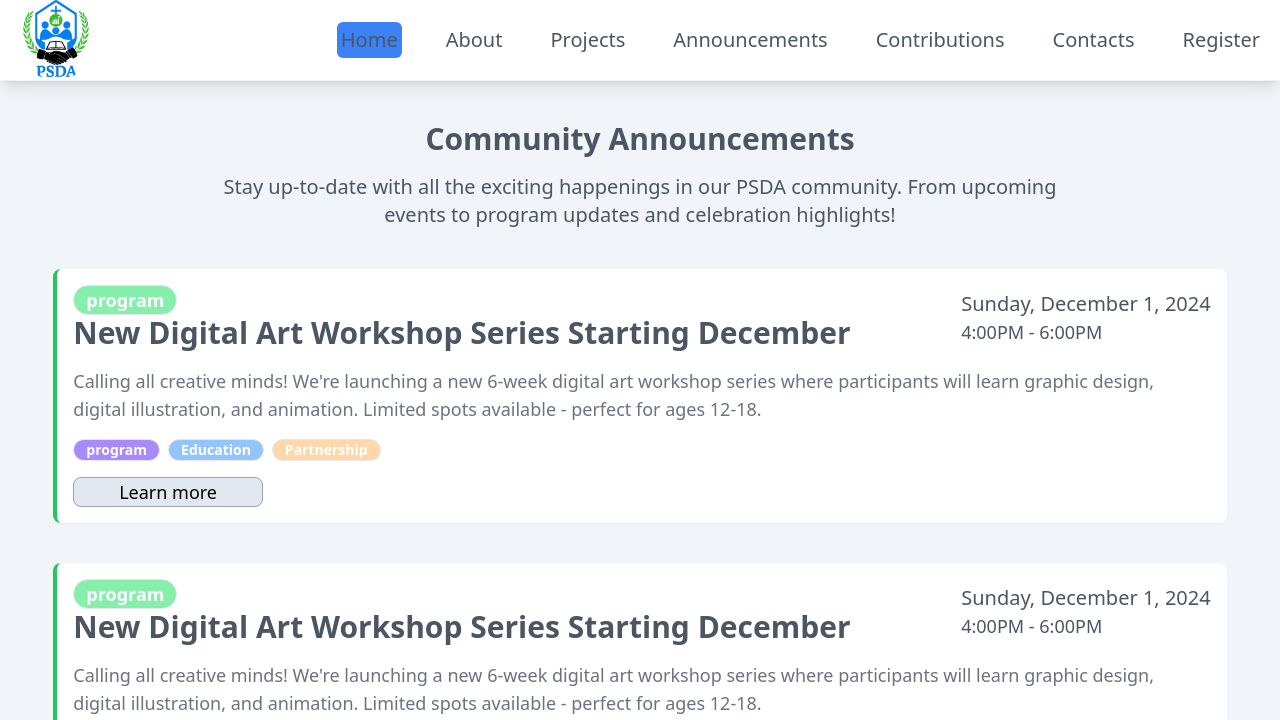
Repository: Zedestar/psda
Page: /announcements
These files come from the project's save history. The page is drawn as it stood at one moment and after the next save; the edit follows.
The browser window is 1280 px wide. The pictures show the whole page.
An inner scrolling area shows only its first screen. The project was rebuilt for these pictures with package versions that can differ from the ones it lists, and the page was loaded fresh each time. Also part of the build but not shown: src/components/cards/primary-card.jsx, src/components/cards/two-lines-card.jsx, src/components/homepic/index.jsx, src/pages/home/what-we-do.js, src/pages/home/what_makes_psda_special_data.js, src/components/gridOrganizerContainer/index.jsx, src/pages/home/make_difference_data.js, src/pages/home/home.jsx and 35 more.

Above is the page before, as saved 2025-08-09 15:23:03.

### public/index.html
<!DOCTYPE html>
<html lang="en">
  <head>
    <meta charset="utf-8" />
    <link rel="icon" href="%PUBLIC_URL%/favicon.ico" />
    <meta name="viewport" content="width=device-width, initial-scale=1" />
    <meta name="theme-color" content="#000000" />
    <meta
      name="description"
      content="Web site created using create-react-app"
    />
    <!-- <link rel="apple-touch-icon" href="%PUBLIC_URL%/psdaImage.png" /> -->
    <!-- <link rel="manifest" href="%PUBLIC_URL%/manifest.json" /> -->

    <title>psda</title>
  </head>
  <body>
    <noscript>You need to enable JavaScript to run this app.</noscript>
    <div id="root"></div>

  </body>
</html>

### src/index.js
import React from "react";
import ReactDOM from "react-dom/client";
import App from "./App";
import "./index.css";
import { BrowserRouter } from "react-router-dom";
import GlobalState from "./context";

const root = ReactDOM.createRoot(document.getElementById("root"));
root.render(
  <BrowserRouter>
    <React.StrictMode>
      <GlobalState>
        <App />
      </GlobalState>
    </React.StrictMode>
  </BrowserRouter>
);

### src/App.js
import { Route, Routes } from "react-router-dom";
import Header from "./components/header/header";
import Home from "./pages/home/home";
import AboutPage from "./pages/about/about";
import Projects from "./pages/projects/projects";
import Announcements from "./pages/announcements/announcements";
import Contributions from "./pages/contirbutions/contributions";
import Contacts from "./pages/contacts/contacts";
import Register from "./pages/register/register.jsx";

function App() {
  return (
    <div className="flex flex-col items-center flex-center h-screen  bg-slate-100">
      <Header />
      <Routes>
        <Route path="/" element={<Home />} />
        <Route path="/about" element={<AboutPage />} />
        <Route path="/projects" element={<Projects />} />
        <Route path="/announcements" element={<Announcements />} />
        <Route path="/contributions" element={<Contributions />} />
        <Route path="/contact" element={<Contacts />} />
        <Route path="/register" element={<Register />} />
      </Routes>
    </div>
  );
}

export default App;

### src/context/index.jsx
import { createContext, useEffect, useState } from "react";

export const GlobalContext = createContext(null);

function GlobalState({ children }) {
  const [subHeader, setSubHeader] = useState(false);

  const [active, setActive] = useState(() => {
    const activeTab = localStorage.getItem("activeTab");
    return activeTab ? JSON.parse(activeTab) : 1;
  });

  useEffect(() => {
    localStorage.setItem("activeTab", active);
  }, [active]);
  return (
    <GlobalContext.Provider
      value={{
        subHeader,
        setSubHeader,
        active,
        setActive,
      }}
    >
      {children}
    </GlobalContext.Provider>
  );
}

export default GlobalState;

### src/components/header/header.jsx
import { useContext } from "react";
import headerData from "./header-data";
import HeaderItem from "./header-item";
import psdaImage from "../../assets/images/psdaImage.png";
import { GlobalContext } from "../../context";
import { FaBars, FaTimes } from "react-icons/fa";

function Header() {
  const { active, setActive, subHeader, setSubHeader } =
    useContext(GlobalContext);
  return (
    <div className="w-full shadow-lg bg-white">
      <div className="w-full flex justify-center">
        <header className="w-full flex items-center justify-between px-4  border-b border-b-gray-100 max-w-screen-2xl">
          <div className="text-3xl rounded-full overflow-hidden">
            <img className="h-20 w-20" src={psdaImage} alt="" />
          </div>{" "}
          <ul className="hidden lg:flex justify-center py-5 space-x-10 flex-center">
            {headerData.map((item) => (
              <HeaderItem
                key={item.id}
                item={item}
                active={active}
                setActive={setActive}
              />
            ))}
          </ul>
          <div
            onClick={() => setSubHeader(!subHeader)}
            className="lg:hidden cursor-pointer hover:bg-blue-600 text-gray-600 hover:text-white transition-all duration-300 p-2 rounded-md "
          >
            {subHeader ? <FaTimes /> : <FaBars />}
          </div>
        </header>
      </div>
      {subHeader && (
        <ul className="lg:hidden flex flex-col items-center justify-center my-2 px-4 space-y-1">
          {headerData.map((item) => (
            <HeaderItem
              key={item.id}
              item={item}
              active={active}
              setActive={setActive}
            />
          ))}
        </ul>
      )}
    </div>
  );
}

export default Header;

### src/pages/announcements/announcements.jsx
import Container from "../../components/container";
import MinContainer from "../../components/min-container/min-container.jsx";
import MinContianerInsideContent from "../../components/min-container/min-container-inside-content.jsx";
import announcements_face_card_data from "./announcemntes.-face-card-data.js";
import stay_updated_content_data from "./stay-updated-content-data.js";
import FaceCard from "../../components/cards/face-card";
import FullRoundedButton from "../../components/button/full-rounded-button.jsx";
import AnnouncementCard from "../../components/cards/announcement-card.jsx";
import Footer from "../../components/footer/footer.jsx";

function Announcements() {
  return (
    <Container>
      {announcements_face_card_data.map((item) => (
        <FaceCard item={item} />
      ))}
      <AnnouncementCard />
      <AnnouncementCard />
      <AnnouncementCard />
      <AnnouncementCard />
      <MinContainer>
        {stay_updated_content_data.map((item) => (
          <FaceCard item={item} />
        ))}
        <MinContianerInsideContent>
          <form className="flex">
            <input
              className="rounded-full border-2 border-gray-400 text-xl flex items-center justify-center active:border-blue-400 "
              placeholder="Enter your email"
            />
            <FullRoundedButton text={"Subscribe"} />
          </form>
        </MinContianerInsideContent>
      </MinContainer>
      <Footer />
    </Container>
  );
}

export default Announcements;

### src/components/header/header-data.js
const headerData = [
  {
    id: 1,
    content: "Home",
    link: "/",
  },
  {
    id: 2,
    content: "About",
    link: "/about",
  },
  {
    id: 3,
    content: "Projects",
    link: "/projects",
  },
  {
    id: 4,
    content: "Announcements",
    link: "/announcements",
  },
  {
    id: 5,
    content: "Contributions",
    link: "/contributions",
  },
  {
    id: 6,
    content: "Contacts",
    link: "/contact",
  },
  {
    id: 7,
    content: "Register",
    link: "/register",
  },
];

export default headerData;

### src/components/header/header-item.jsx
import { Link } from "react-router-dom";
import { GlobalContext } from "../../context";
import { useContext } from "react";

function HeaderItem({ item, active, setActive }) {
  const { setSubHeader } = useContext(GlobalContext);
  return (
    <li
      className={`p-1 rounded-md text-xl text-gray-600 font-gray-100 hover:bg-gray-200 transition cursor-pointer w-full ${
        item.id === active ? "bg-blue-500" : ""
      }`}
      onClick={() => {
        setActive(item.id);
        setSubHeader(false);
      }}
    >
      <Link to={item.link}>{item.content}</Link>
    </li>
  );
}

export default HeaderItem;

### src/pages/home/psda-highlights.js
import {
  FaUsers,
  FaPalette,
  FaLaptopCode,
  //   GiProgression,
  FaChild,
} from "react-icons/fa";

const psdaHighlights = [
  {
    id: 1,
    title: "Community Building",
    content:
      "We connect young people to form lasting friendships and supportive peer networks that strengthen communities.",
    icon: <FaUsers className="text-4xl text-blue-400" />,
    color: "bg-blue-50",
    text_color: "text-gray-500",
  },
  {
    id: 2,
    title: "Creative Projects",
    content:
      "Our programs encourage hands-on learning through art, technology, and community improvement initiatives.",
    icon: <FaPalette className="text-4xl text-blue-400" />,
    color: "bg-blue-50",
    text_color: "text-gray-500",
  },
  {
    id: 3,
    title: "Character Development",
    content:
      "We help children build confidence, leadership skills, and positive values that prepare them for life’s challenges.",
    icon: <FaLaptopCode className="text-4xl text-blue-400" />,
    color: "bg-blue-50",
    text_color: "text-gray-500",
  },
  {
    id: 4,
    title: "Achievement Recognition",
    content:
      "We celebrate every milestone and accomplishment to inspire pride, motivation, and continued growth.",
    icon: <FaChild className="text-4xl text-blue-400" />,
    color: "bg-blue-50",
    text_color: "text-gray-500",
  },
];

export default psdaHighlights;

### src/components/button/full-rounded-button.jsx
function FullRoundedButton({ text, bgColor, textColor, onClick }) {
  return (
    <button
      className={`${bgColor} py-1 px-2 mx-4 ${textColor} text-sm md:text-md lg:text-xl border border-gray-50 rounded-full hover:scale-105 transition duration:300`}
      onClick={onClick}
    >
      {text}{" "}
    </button>
  );
}

export default FullRoundedButton;

### src/components/cards/face-card.jsx
function FaceCard({ item }) {
  return (
    <div className="space-y-4 flex flex-col items-center justify-center">
      <p className="text-xl lg:text-3xl w-[80%] font-bold text-gray-600 text-center">
        {item.title}
      </p>
      <p className="text-md lg:text-xl w-full md:w-[70%] text-center text-gray-600">
        {item.description}
      </p>
    </div>
  );
}

export default FaceCard;

### src/components/footer/footer.jsx
import followUsData from "./followUsData";
import contactInfoData from "./contactUsData";
import headerData from "../header/header-data";
import { GlobalContext } from "../../context";
import { Link } from "react-router-dom";
import { useContext } from "react";

function Footer() {
  const { setActive } = useContext(GlobalContext);
  return (
    <div className="w-full flex flex-col text-md md:text-lg text-gray-600 space-y-4 py-2 px-6 border-t-2">
      <div className="grid xs:grid-cols-1  sm:grid-cols-2 md:grid-cols-4 my-3 gap-4">
        <div>
          <p className="font-bold">PSDA</p>
          <p>
            Empowering children and youth to create positive change in their
            communities through education, collaboration, and meaningful
            projects
          </p>
        </div>
        <div>
          <p className="font-bold">Quick Link</p>
          <ul className="space-y-1">
            {headerData.map((item) => (
              <li key={item.id} className="hover:underline">
                <Link to={item.link} onClick={() => setActive(item.id)}>
                  {item.content}
                </Link>
              </li>
            ))}
          </ul>
        </div>
        <div>
          <p className="font-bold">Contact</p>
          <ul className="space-y-1">
            {contactInfoData.map((item) => (
              <li key={item.id} className="flex items-center space-x-2">
                {item.icon}
                <a href={item.link} target="_blank" rel="noopener noreferrer">
                  {item.label}
                </a>
              </li>
            ))}
          </ul>
        </div>
        <div>
          <p className="font-bold">Follow us</p>
          <ul className="space-y-1">
            {followUsData.map((item) => (
              <li key={item.id} className="flex items-center space-x-2">
                {item.IconBase}
                <a href={item.link} target="_blank" rel="noopener noreferrer">
                  {item.name}
                </a>
              </li>
            ))}
          </ul>
        </div>
      </div>
      <hr className="bg-blue-500"></hr>
      <div className="flex justify-between items-center">
        <div> PSDA Community. All rights reserved</div>
        <div>Privacy policy Term of service</div>
      </div>
    </div>
  );
}

export default Footer;

### src/components/container/index.jsx
function Container({ children }) {
  return (
    <div className="w-full h-full flex justify-center overflow-x-scroll">
      <div className="w-full h-full py-10 space-y-10 max-w-screen-2xl flex flex-col items-center">
        {children}
      </div>
    </div>
  );
}

export default Container;

### src/pages/about/core-objective-goals-data.js
import {
  AiOutlineTeam,
  AiOutlineBulb,
  AiOutlineTool,
  AiOutlineStar,
  AiOutlineGift,
} from "react-icons/ai";

const core_objectives_data = [
  {
    id: 1,
    title: "Fellowship and Networking",
    content:
      "To foster strong, lasting relationships among pastors' children by encouraging unity, love, and mutual support within the community.",
    icon: <AiOutlineTeam className="text-3xl text-teal-500" />,
    color: "bg-teal-50",
    text_color: "text-teal-500",
  },
  {
    id: 2,
    title: "Opportunity Awareness",
    content:
      "To actively seek out and share opportunities for growth, development, and advancement—both spiritually and economically.",
    icon: <AiOutlineBulb className="text-3xl text-purple-500" />,
    color: "bg-purple-50",
    text_color: "text-purple-500",
  },
  {
    id: 3,
    title: "Problem Solving",
    content:
      "To openly discuss and confront common challenges we face as a community, and work hand in hand to find sustainable solutions.",
    icon: <AiOutlineTool className="text-3xl text-yellow-500" />,
    color: "bg-yellow-50",
    text_color: "text-yellow-500",
  },
  {
    id: 4,
    title: "Talent Discovery & Development",
    content:
      "To identify, nurture, and empower the God-given talents within us, enabling every member to reach their full potential.",
    icon: <AiOutlineStar className="text-3xl text-pink-500" />,
    color: "bg-pink-50",
    text_color: "text-pink-500",
  },
  {
    id: 5,
    title: "Support for Our Parents",
    content:
      "To express gratitude and honor our pastoral parents by supporting them in practical ways—spiritually, emotionally, and materially.",
    icon: <AiOutlineGift className="text-3xl text-red-500" />,
    color: "bg-red-50",
    text_color: "text-red-500",
  },
];

export default core_objectives_data;

### src/pages/about/mission-vission-impact.js
import { AiOutlineAim, AiOutlineEye, AiOutlineHeart } from "react-icons/ai";

const mission_vission_impact_data = [
  {
    id: 1,
    title: "Our mission",
    content:
      "We envision a generation of spiritually grounded, socially responsible, and purpose-driven leaders from pastoral families who carry forward a legacy of faith, compassion, and community influence.",

    icon: <AiOutlineAim className="text-3xl text-green-500" />,
    color: "bg-green-50",
    text_color: "text-green-500",
  },
  {
    id: 2,
    title: "Our vision",
    content:
      "We exist to empower pastors’ children through mentorship, discipleship, skill-building, and fellowship—equipping them to thrive in every area of life and fulfill their divine calling.",
    icon: <AiOutlineEye className="text-3xl text-blue-500" />,
    color: "bg-blue-50",
    text_color: "text-blue-500",
  },
  {
    id: 3,
    title: "Our impact",
    content:
      "Through impactful programs and community-building initiatives, P.S.D.A. is restoring identity, building leadership, and inspiring pastors’ children to walk boldly in purpose while honoring their heritage.",
    icon: <AiOutlineHeart className="text-3xl text-orange-400" />,
    color: "bg-orange-50",
    text_color: "text-orange-500",
  },
];

export default mission_vission_impact_data;

### src/components/min-container/min-container.jsx
function MinContaier({ children }) {
  return (
    <div className="bg-slate-200 py-8 rounded-lg space-y-4 hover:shadow-xl border border-gray-300 transition">
      {children}
    </div>
  );
}

export default MinContaier;

### src/components/min-container/min-container-inside-content.jsx
function MinContianerInsideContent({ children }) {
  return (
    <div className="flex items-center justify-center my-2">{children}</div>
  );
}

export default MinContianerInsideContent;

### src/pages/announcements/announcemntes.-face-card-data.js
const announcements_face_card_data = [
  {
    title: "Community Announcements",
    description:
      "Stay up-to-date with all the exciting happenings in our PSDA community. From upcoming events to program updates and celebration highlights!",
  },
];

export default announcements_face_card_data;

### src/pages/announcements/stay-updated-content-data.js
const stay_updated_content_data = [
  {
    title: "Stay in the Loop!",
    description:
      "Never miss an important announcement. Subscribe to our newsletter for weekly updates and exclusive community insights delivered right to your inbox.",
  },
];

export default stay_updated_content_data;

### src/components/cards/announcement-card.jsx
function AnnouncementCard() {
  const instensity = [100, 200, 50, 500, 300, 400, 600, 700, 800, 900];
  const colors = ["rose", "green", "blue", "orange", "violent"];

  return (
    <div className="flex flex-col bg-white border-l-4 border-green-500 mx-4 p-4 rounded-lg shadow-sm hover:shadow-lg hover:scale-105 transition w-11/12 space-y-4">
      <div className="flex items-center justify-between space-x-2  ">
        <div>
          <p className="bg-green-300 text-lg font-semibold border border-gray-200 px-3 w-fit flex items-center justify-center rounded-full text-white">
            program
          </p>
          <p className="text-3xl font-bold text-gray-600">
            New Digital Art Workshop Series Starting December
          </p>
        </div>
        <div>
          <p className="text-xl text-gray-600">Sunday, December 1, 2024</p>
          <p className="text-lg text-gray-600">4:00PM - 6:00PM</p>
        </div>
      </div>
      <div>
        <p className="text-lg text-gray-500">
          Calling all creative minds! We're launching a new 6-week digital art
          workshop series where participants will learn graphic design, digital
          illustration, and animation. Limited spots available - perfect for
          ages 12-18.
        </p>
      </div>
      <div className="flex space-x-2 text-sm">
        <p
          className={`bg-violet-400 font-semibold border border-gray-200 px-3  flex items-center justify-center rounded-full text-white`}
        >
          program
        </p>
        <p className="bg-blue-300 font-semibold border border-gray-200 px-3 flex items-center justify-center rounded-full text-white">
          Education
        </p>
        <p className="bg-orange-200 font-semibold border border-gray-200 px-3 flex items-center justify-center rounded-full text-white">
          Partnership
        </p>
      </div>
      <button className="w-2/12  rounded-lg text-lg hover:text-gray-100 bg-slate-200 hover:bg-blue-400 transition border border-gray-400">
        Learn more{" "}
      </button>
    </div>
  );
}

export default AnnouncementCard;

### src/pages/contirbutions/other_way_to_support_us_card_data.js
import {
  AiOutlineTeam,
  AiOutlineHeart,
  AiOutlineApartment,
} from "react-icons/ai";

const other_way_to_support_us_card_data = [
  {
    id: 1,
    icon: <AiOutlineTeam className="text-4xl text-blue-500 " />,
    title: "Volunteer Your Time",
    content: "Share your skills and passion with our community members.",
    buttonText: "Learn About Volunteering",
    cardBgColor: "bg-gray-200",
  },
  {
    id: 2,
    icon: <AiOutlineHeart className="text-4xl text-blue-500" />,
    title: "Spread the Word",
    content: "Help us reach more families by sharing our mission.",
    buttonText: "Share Our Story",
    cardBgColor: "bg-gray-200",
  },
  {
    id: 3,
    icon: <AiOutlineApartment className="text-4xl text-blue-500" />,
    title: "Corporate Partnership",
    content: "Partner with us for employee engagement and community impact.",
    buttonText: "Explore Partnership",
    cardBgColor: "bg-gray-200",
  },
];

export default other_way_to_support_us_card_data;

### src/pages/contirbutions/method_of_contributing.js
import { AiOutlineBank, AiOutlinePhone, AiOutlineApi } from "react-icons/ai";

const method_of_contributing = [
  {
    id: 1,
    icon: <AiOutlineApi className="text-3xl text-blue-500" />,
    title: "Online Donation",
    content: "Secure online payments via credit card or PayPal",
    buttonText: "Donate Now",
    cardBgColor: "bg-white",
  },
  {
    id: 2,
    icon: <AiOutlinePhone className="text-3xl text-blue-500" />,
    title: "Mobile Money",
    content: "M-Pesa, Airtel Money, Mixx By Yas, Halo-Pesa",
    buttonText: "Send Payment",
    cardBgColor: "bg-white",
  },
  {
    id: 3,
    icon: <AiOutlineBank className="text-3xl text-blue-500" />,
    title: "Bank Transfer",
    content: "Direct bank transfer to our community account",
    buttonText: "Get Details",
    cardBgColor: "bg-white",
  },
];

export default method_of_contributing;

//  id: 1,
//     icon: <AiOutlineTeam className="text-4xl text-blue-500 " />,
//     title: "Volunteer Your Time",
//     content: "Share your skills and passion with our community members.",
//     buttonText: "Learn About Volunteering",
//     cardBgColor: "bg-transparent",

### src/pages/contacts/contact-data.js
import { AiOutlineAim, AiOutlineMessage, AiOutlinePhone } from "react-icons/ai";

const contactData = [
  {
    id: 1,
    icon: <AiOutlineMessage className="text-4xl text-blue-400 " />,
    title: "Email Us",
    subTitle: "info@psda.org",
    content: "Send us an email and we'll respond within 24 hours",
    buttonText: "Send Email",
    cardBgColor: "bg-gray-200",
  },
  {
    id: 2,
    icon: <AiOutlinePhone className="text-4xl text-blue-400" />,
    title: "Call Us",
    subTitle: "+255 674 723515",
    content: "Speak with our team Monday-Friday, 9 AM - 5 PM",
    buttonText: "Call Now",
    cardBgColor: "bg-gray-200",
  },
  {
    id: 3,
    icon: <AiOutlineAim className="text-4xl text-blue-400" />,
    title: "Visit Us",
    subTitle: "Morogoro Manzese, street 123",
    content: "Drop by our community center during operating hours",
    buttonText: "Get Directions",
    cardBgColor: "bg-gray-200",
  },
];

export default contactData;

### src/components/footer/followUsData.js
import {
  FaTiktok,
  FaFacebookF,
  FaWhatsapp,
  FaTwitter,
  FaInstagram,
} from "react-icons/fa";

const followUsData = [
  {
    id: 1,
    IconBase: <FaTiktok className="text-blue-400" />,
    name: "TikTok",
    link: "https://www.tiktok.com/@psda_org",
  },
  {
    id: 2,
    IconBase: <FaFacebookF className="text-blue-400" />,
    name: "Facebook",
    link: "https://www.facebook.com/psda_org",
  },
  {
    id: 3,
    IconBase: <FaWhatsapp className="text-blue-400" />,
    name: "WhatsApp",
    link: "https://wa.me/+255672743515",
  },
  {
    id: 4,
    IconBase: <FaTwitter className="text-blue-400" />,
    name: "Twitter",
    link: "https://twitter.com/psda_org",
  },
  {
    id: 5,
    IconBase: <FaInstagram className="text-blue-400" />,
    name: "Instagram",
    link: "https://www.instagram.com/psda_org",
  },
];

export default followUsData;

### src/components/footer/contactUsData.js
import { FaEnvelope, FaPhoneAlt, FaMapMarkerAlt } from "react-icons/fa";

const contactInfoData = [
  {
    id: 1,
    icon: <FaEnvelope className="text-blue-400" />,
    label: "info@psda.org",
    link: "mailto:info@psda.org",
  },
  {
    id: 2,
    icon: <FaPhoneAlt className="text-blue-400" />,
    label: "+255 784 584 231",
    link: "tel:+255784584231",
  },
  {
    id: 3,
    icon: <FaMapMarkerAlt className="text-blue-400" />,
    label: "123 Morogoro Manzese",
    link: null, // could add Google Maps if desired
  },
];

export default contactInfoData;

### tailwind.config.js
/** @type {import('tailwindcss').Config} */
module.exports = {
  content: ["./src/**/*.{js,jsx,ts,tsx}"],
  theme: {
    extend: {
      colors: {
        psdaGreen: "#1A8F57",
      },
    },
  },
  plugins: [],
};

Loaded but not shown: src/index.css (common file); src/components/homepic/index.css (no stored copy; drawn as an empty file)

After the next save:
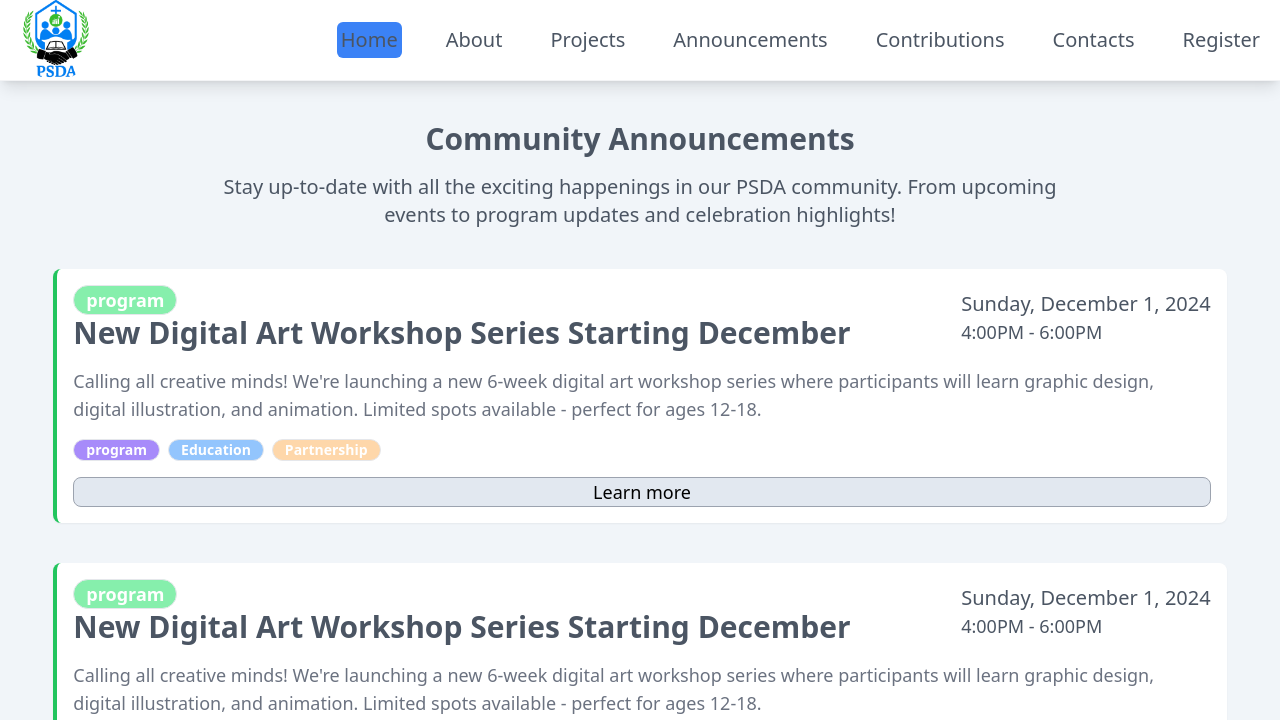
Saved 16 s later.
--- a/src/components/cards/announcement-card.jsx
+++ b/src/components/cards/announcement-card.jsx
@@ -39,7 +39,7 @@ function AnnouncementCard() {
           Partnership
         </p>
       </div>
-      <button className="w-2/12  rounded-lg text-lg hover:text-gray-100 bg-slate-200 hover:bg-blue-400 transition border border-gray-400">
+      <button className="rounded-lg text-lg hover:text-gray-100 bg-slate-200 hover:bg-blue-400 transition border border-gray-400">
         Learn more{" "}
       </button>
     </div>
